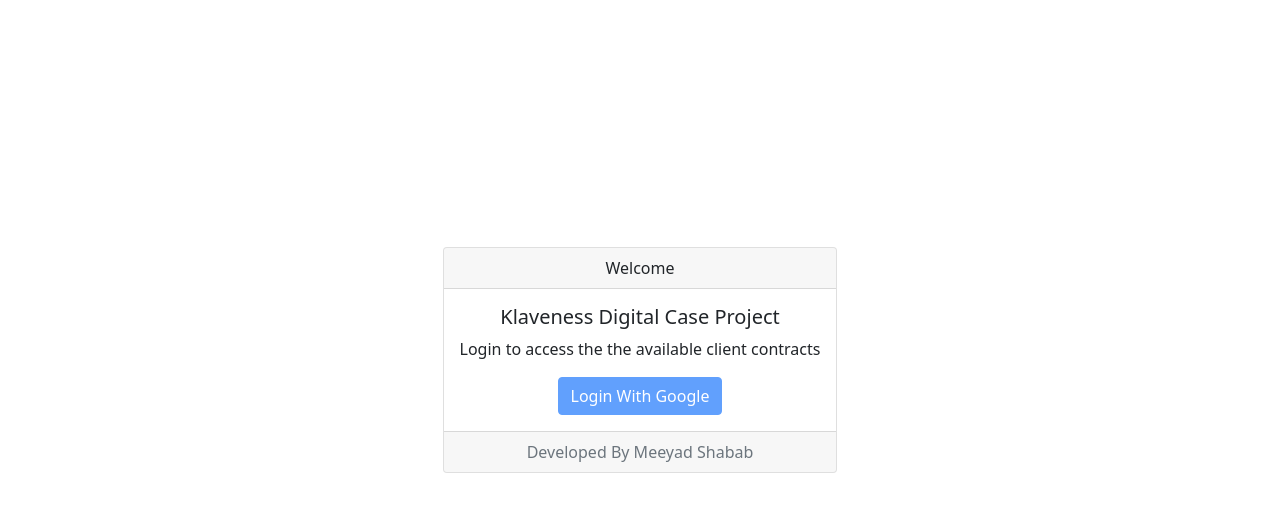
Repository: mmshabab90/klavenesstask
Page: / (app in client/)
These files come from the project's save history. The page is drawn as it stood at one moment and after the next save; the edit follows.
The browser window is 1280 px wide. The pictures show the whole page.
The project was rebuilt for these pictures with package versions that can differ from the ones it lists, and the page was loaded fresh each time.

Above is the page before, as saved 2021-11-02 15:37:35.

After the next save:
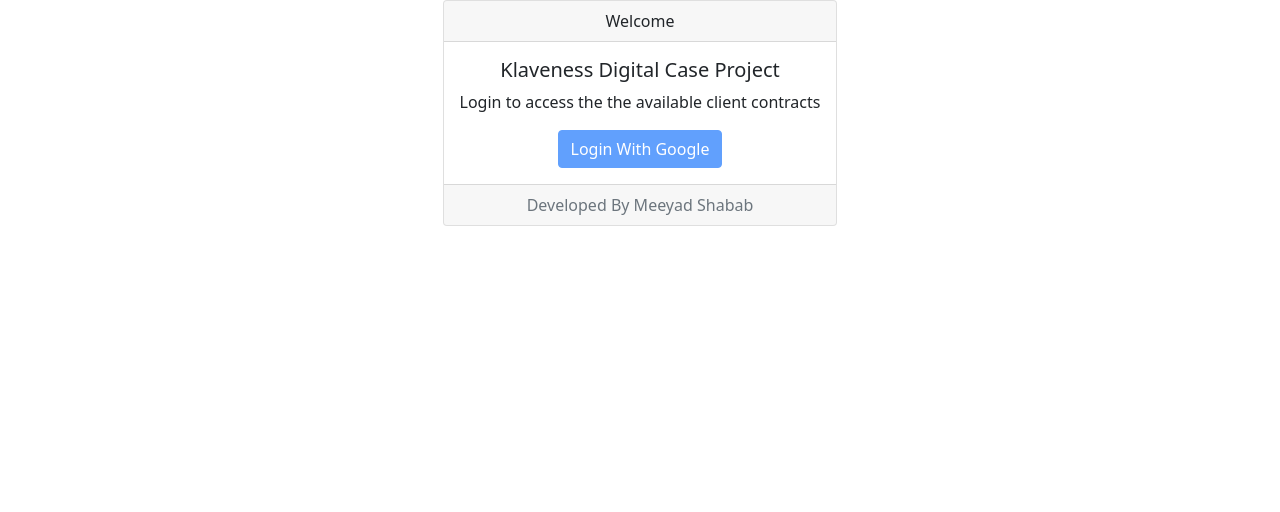
Saved 25 s later.
--- a/client/src/App.css
+++ b/client/src/App.css
@@ -1,5 +1,5 @@
 .home__page {
-  height: 100vh;
+  height: '100vh';
   display: flex;
   align-items: center;
   justify-content: center;

After the save that followed:
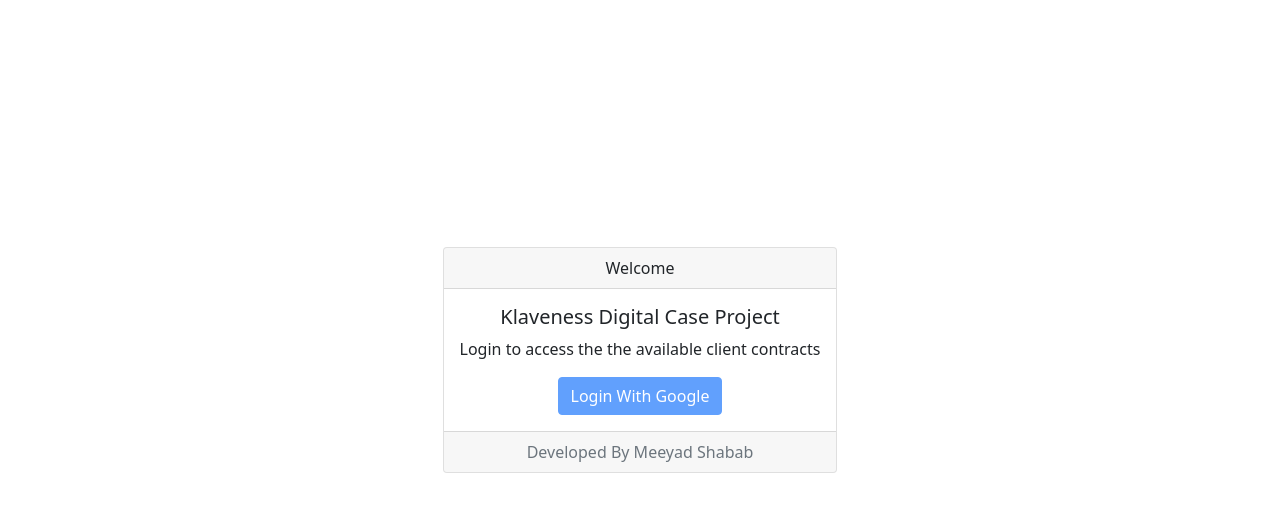
Saved 5 s later.
--- a/client/src/App.css
+++ b/client/src/App.css
@@ -1,5 +1,5 @@
 .home__page {
-  height: '100vh';
+  height: 100vh;
   display: flex;
   align-items: center;
   justify-content: center;
